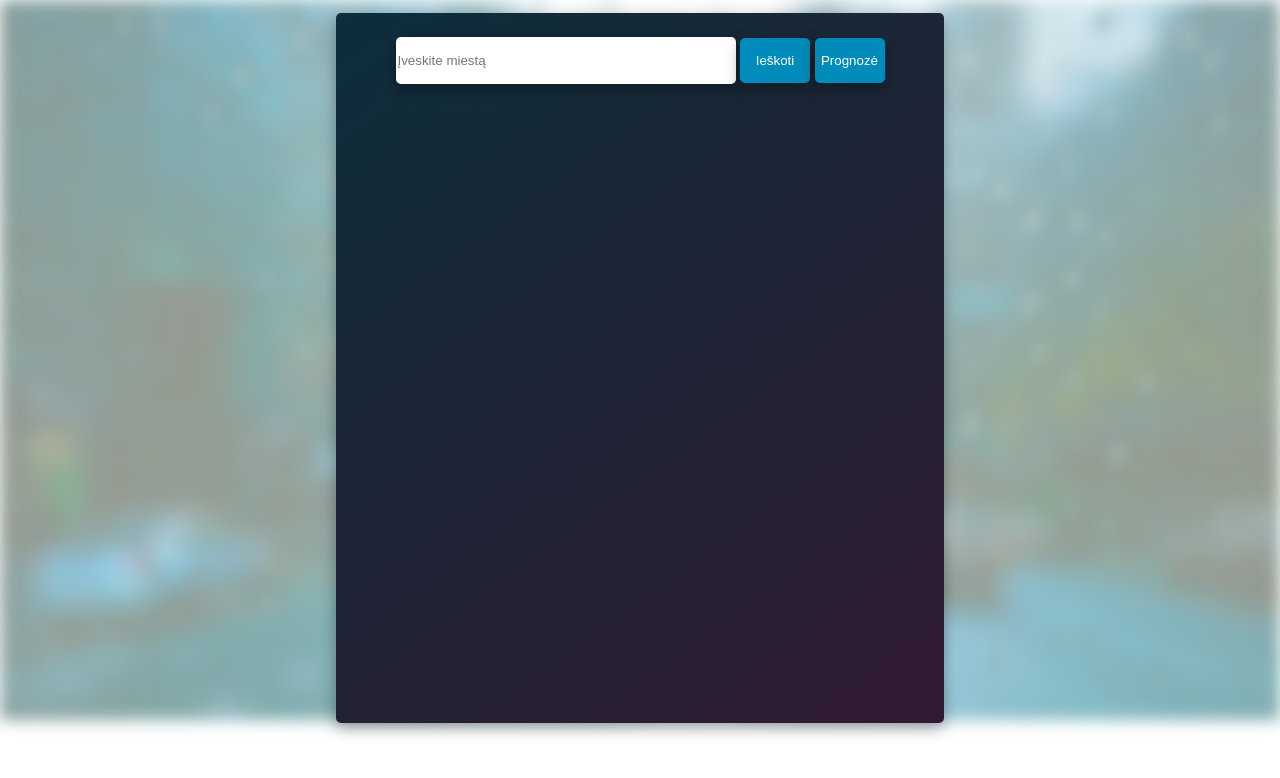
Repository: daxazz1/Weather-app
Page: index.html
The author's editor kept a copy of each file at every save. The page is drawn from the files as they stood at one save, then again after the next save.
The browser window is 1280 px wide. The pictures show the whole page.

Above is the page before, as saved 2021-11-08 15:56:51.

### index.html
<!DOCTYPE html>
<html lang="en">
<head>
    <meta charset="UTF-8">
    <meta http-equiv="X-UA-Compatible" content="IE=edge">
    <meta name="viewport" content="width=device-width, initial-scale=1.0">
    <title>Simple weather app</title>
    <link rel="stylesheet" href="style.css">
    <link rel="preconnect" href="https://fonts.googleapis.com">
    <script src="resources/script.js" defer></script>

</head>
<body>
  <div class="content">
    <div id="wrapper1">
      <div class="input">
        <input id="city" placeholder="Įveskite miestą" required/>
        <button id="search">Ieškoti</button>
        <button id="prognoze">Prognozė</button>
      </div>
          <p class="dt"> <span id="datetime"></span></p>
          <div class="siandien">
          <img id="penktas">
          <div id="pirmas"></div>
          <div id="antras"></div>
          <div id="trecias"></div>
          <div id="ketvirtas"></div>
          </div>
          <br><br>
          <!--<button id="prognoze">Prognozė</button>-->
    </div>

    <div id="wrapper2">

      <h1 id="h1"></h1>

    <div class="wrap">

      <div class="rytoj1">
        <table>
          <tr>
            <td><h4 id="h4-1"></h4></td>
            <td><img id="sesto-icon"/></td>
            <td><div id="sestas"></div></td>
            <td><div id="septintas"></div></td>
            <td><div id="astuntas"></div></td>
          </tr>
    </div>

    <div class="rytoj2">
        <tr>
      <td><h4 id="h4-2"></h4></td>
      <td> <img id="devinto-icon"/></td>
      <td> <div id="devintas"></div></td>
      <td> <div id="desimtas"></div></td>
      <td> <div id="vienuoliktas"></div></td>
       </tr>

    </div>
    <div class="rytoj3">
        <tr>
          <td> <h4 id="h4-3"></h4></td>
          <td> <img id="dvylikto-icon"/></td>
          <td> <div id="dvyliktas"></div></td>
          <td> <div id="tryliktas"></div></td>
          <td> <div id="keturioliktas"></div></td>
      </tr>
    </div>
    </table>

  </div>
  </div>

</div>


</body>
</html>

### style.css
#wrapper1,
#wrapper2 {
  color: white;
  width: 35rem;
  text-align: center;
  border-radius: 5px;
  margin: 5px;
  background-color: rgb(255, 255, 255);
  padding: 1.5rem;
  box-shadow: rgba(0, 0, 0, 0.35) 0px 5px 15px;
  background: linear-gradient(0.4turn, #0d2e3b, #311a31);
}
.content {
  display: flex;
}
.wrap {
  justify-content: space-around;
  margin-top: 60px;
}
#city {
  width: 60%;
  height: 45px;
  border-radius: 5px;
  border: none;
  box-shadow: rgba(0, 0, 0, 0.35) 0px 5px 15px;
}
button {
  width: 70px;
  height: 45px;
  border: 1px;
  border-radius: 5px;
  color: white;
  background-color: #008cba;
  box-shadow: rgba(0, 0, 0, 0.35) 0px 5px 15px;
  animation: both;
}
button:hover {
  background-color: #1b9cc7;
}
button:active {
  background-color: #0d2e3b;
  box-shadow: 0 1px #666;
  transform: translateY(1px);
}

.dt {
  color: rgb(255, 255, 255);
  font-size: 14px;
  padding-top: 10px;
}

#pirmas {
  font-weight: 500;
  font-size: 36px;
}
.rytoj1,
.rytoj2,
.rytoj3 {
  font-size: 12px;
}

#prognoze:hover {
  background-color: #1b9cc7;
}

#h4-1,
#h4-2,
#h4-3 {
  font-size: 13px;
}

body {
  display: flex;
  height: 100vh;
  justify-content: center;
  font-family: -apple-system, BlinkMacSystemFont, "Segoe UI", Roboto, Oxygen,
    Ubuntu, Cantarell, "Open Sans", "Helvetica Neue", sans-serif;
  margin-bottom: 50px;
}
body::after {
  content: "";
  background: url(/pics/backg.jpg);
  opacity: 0.5;
  top: 0;
  left: 0;
  bottom: 0;
  right: 0;
  position: absolute;
  z-index: -1;
  background-size: cover;
  filter: blur(8px);
}
tr:hover {
  background-color: #311a31;
}
td {
  padding: 10px;
}

img {
  position: relative;
  animation: shake 1s linear infinite;
}
@keyframes shake {
  100% {
    transform: rotate(10deg);
  }
}

img:hover {
  animation: shake 0.82s cubic-bezier(0.36, 0.07, 0.19, 0.97) both;
  transform: translate3d(0, 0, 0);
  backface-visibility: hidden;
  perspective: 1000px;
}

@keyframes shake {
  20%,
  80% {
    transform: translate3d(-1px, 0, 0);
  }

  30%,
  70% {
    transform: translate3d(2px, 0, 0);
  }

  30%,
  50%,
  70% {
    transform: translate3d(-1px, 0, 0);
  }

  40%,
  60% {
    transform: translate3d(1px, 0, 0);
  }
}

### resources/script.js
let apiKey = '460522f216939cb477f8b66006be7948' // jusu api key
let lang = 'lt' // kalba
let units = 'metric' // naudojama metrine sistema
let city = 'Vilnius' // miestas irasytas inpute

let cityName = document.getElementById('city')
let searchButton = document.getElementById('search')

// uzdedu click eventa ant search mygtuko
searchButton.addEventListener('click', getDataFromApi)

// funkcija kuri gauna duomenis is API
function getDataFromApi() {
    // paimu irasyta miesta is input ir nustatau
    city = cityName.value

    // url yra skirtas pasiimti duomenis is api
    let url = 'https://api.openweathermap.org/data/2.5/forecast?' +
        'q=' + city +
        '&units=' + units +
        '&lang=' + lang +
        '&appid=' + apiKey

    // su fetch funkcija pasiimu duomenis is api (asinchronine funkcija)
    fetch(url)
        .then(response => response.json())
        // data => jusu kodas
        .then(function (data) {
            //paduodu gautus duomenis i funkcija
            showWeatherInDom(data)
        });
}


document.getElementById("wrapper2").style.display = 'none';



// funkcija kuri gauna duomenis ir juos atvaizduoja
function showWeatherInDom(data) {
    // tikrinu ar mano response yra geras
    if (data.cod === '200') {






    // /prognoze siai dienai

        document.getElementById("pirmas").innerHTML =  data.city.name;
        document.getElementById("antras").innerHTML = "Temperatūra: " + Math.round(data.list[0].main.temp) +" °C / " + "Jaučiama:  " + Math.round(data.list[0].main.feels_like) +" °C";
        document.getElementById("trecias").innerHTML = "Vėjo greitis: " + data.list[0].wind.speed + " m/s";
        document.getElementById("ketvirtas").innerHTML = data.list[0].weather[0].description;


        let iconCode =  data.list[0].weather[0].icon;
        let iconUrl = 'http://openweathermap.org/img/wn/' + iconCode + '@2x.png';
        let image = document.getElementById("penktas");
        image.src = iconUrl;

        console.log(data.list)

        //prognoze rytoj

        document.getElementById("sestas").innerHTML =  "Temperatūra: " + Math.round(data.list[6].main.temp) +" °C / " + "Jaučiama:  " + Math.round(data.list[6].main.feels_like) +" °C";
        document.getElementById("septintas").innerHTML = "Vėjo greitis: " + data.list[6].wind.speed + " m/s";
        document.getElementById("astuntas").innerHTML = data.list[6].weather[0].description;

        let iconCode2 =  data.list[6].weather[0].icon;
        let image2 = document.getElementById("sesto-icon");
        let iconUrl2 = 'http://openweathermap.org/img/wn/' + iconCode2 + '@2x.png';
        image2.src = iconUrl2;

     //prognoze poryt

        document.getElementById("devintas").innerHTML =  "Temperatūra: " + Math.round(data.list[14].main.temp) +" °C / " + "Jaučiama:  " + Math.round(data.list[14].main.feels_like) +" °C";
        document.getElementById("desimtas").innerHTML = "Vėjo greitis: " + data.list[14].wind.speed + " m/s";
        document.getElementById("vienuoliktas").innerHTML = data.list[14].weather[0].description;

        let iconCode3 =  data.list[14].weather[0].icon;
        let image3 = document.getElementById("devinto-icon");
        let iconUrl3 = 'http://openweathermap.org/img/wn/' + iconCode3 + '@2x.png';
        image3.src = iconUrl3;

     //prognoze po 2 dienu

        document.getElementById("dvyliktas").innerHTML =  "Temperatūra: " + Math.round(data.list[22].main.temp) +" °C / " + "Jaučiama:  " + Math.round(data.list[22].main.feels_like) +" °C";
        document.getElementById("tryliktas").innerHTML = "Vėjo greitis: " + data.list[22].wind.speed + " m/s";
        document.getElementById("keturioliktas").innerHTML = data.list[22].weather[0].description;

        let iconCode4 =  data.list[22].weather[0].icon;
        let image4 = document.getElementById("dvylikto-icon");
        let iconUrl4 = 'http://openweathermap.org/img/wn/' + iconCode4 + '@2x.png';
        image4.src = iconUrl4;






        document.getElementById("h1").textContent = "Prognozė";
        document.getElementById("h4-1").innerHTML = data.list[6].dt_txt;
        document.getElementById("h4-2").textContent = data.list[14].dt_txt;
        document.getElementById("h4-3").textContent = data.list[22].dt_txt;

        //Šios dienos data
        let dt = new Date();
        document.getElementById("datetime").innerHTML = "Data: " + dt.toLocaleString();

    } else {
        console.log('Kazkas negerai', data)
    }
}

//miesto pasirinkimas Enter mygtuku

let input = document.getElementById("city");
input.addEventListener("keyup", function(event) {
    if (event.keyCode === 13) {
        event.preventDefault();
        document.getElementById("search").click();
    }
});

//prognozes langas appear/dissapear

function tomorrowWeatherDiv() {

    const wrapperis = document.getElementById('wrapper2');
    if (wrapperis.style.display !== "none") {
        wrapperis.style.display = "none";
    }else {
        wrapperis.style.display = "block";
        }
    }
document.getElementById("prognoze").addEventListener('click', tomorrowWeatherDiv)

After the next save:
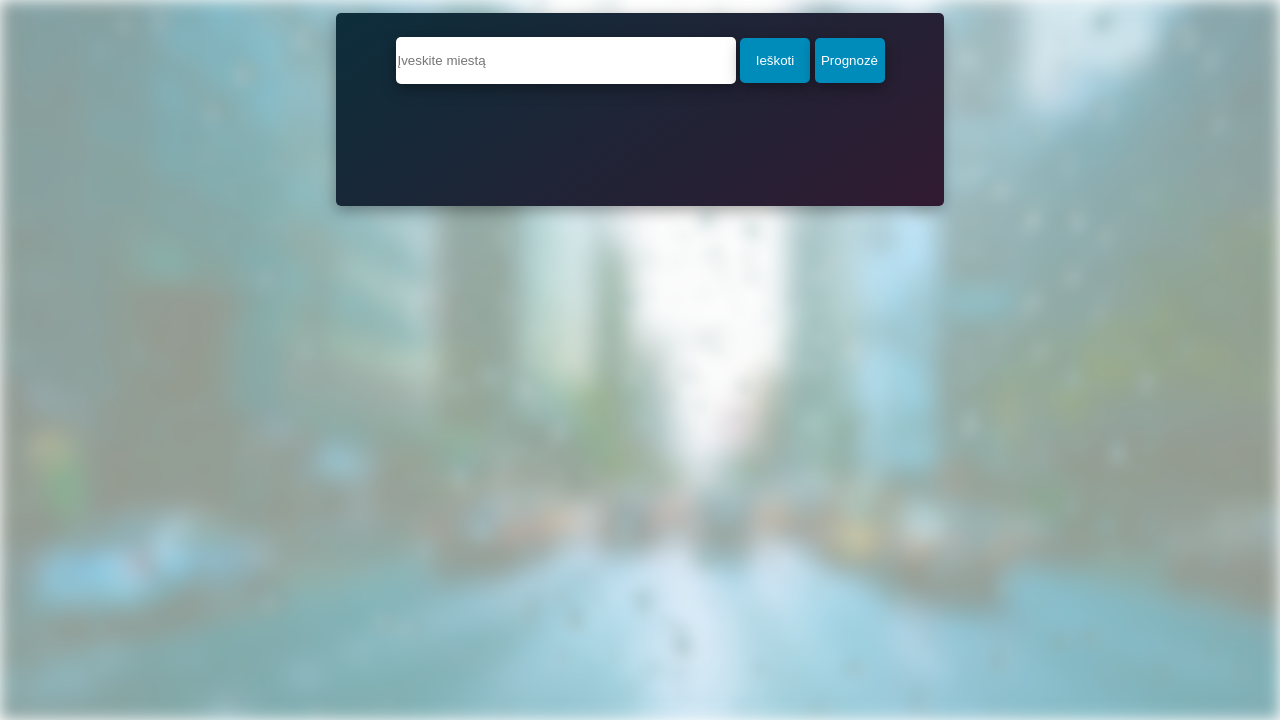
Saved 19 s later.
--- a/style.css
+++ b/style.css
@@ -71,7 +71,7 @@ button:active {
 
 body {
   display: flex;
-  height: 100vh;
+
   justify-content: center;
   font-family: -apple-system, BlinkMacSystemFont, "Segoe UI", Roboto, Oxygen,
     Ubuntu, Cantarell, "Open Sans", "Helvetica Neue", sans-serif;
